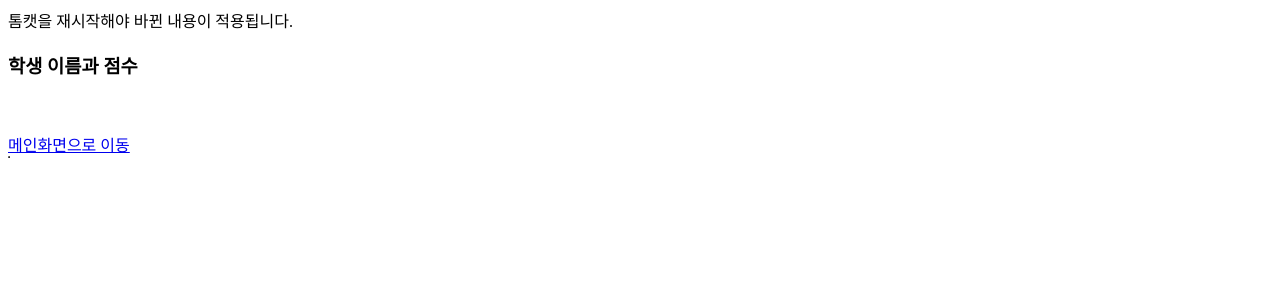
Repository: HeeJaeRA/Yedam
Page: http://localhost/helloWeb/LoginServlet
These files come from the project's save history. The page is drawn as it stood at one moment and after the next save; the edit follows.
The browser window is 1280 px wide. The pictures show the whole page.
The page is served by Tomcat 9.

Above is the page before, as saved 2023-10-24 01:23:39.

### Dev/workspace/helloWeb/src/main/java/org/yedam/LoginServlet.java
package org.yedam;

import java.io.IOException;
import java.io.PrintWriter;
import java.util.HashMap;
import java.util.Map;

import javax.servlet.ServletException;
import javax.servlet.annotation.WebServlet;
import javax.servlet.http.HttpServlet;
import javax.servlet.http.HttpServletRequest;
import javax.servlet.http.HttpServletResponse;

@WebServlet("/LoginServlet")
public class LoginServlet extends HttpServlet {
	private static final long serialVersionUID = 1L;

    public LoginServlet() {
        super();
    }

	protected void doGet(HttpServletRequest request, HttpServletResponse response) throws ServletException, IOException {
		//response.getWriter().append("Served at: ").append(request.getContextPath());
		Map<String, Integer> map = new HashMap<>();
		map.put("홍길동", 90);
		map.put("김길동", 95);
		map.put("박길동", 80);

		response.setCharacterEncoding("UTF-8");
		response.setContentType("text/html charset=UTF-8");
		PrintWriter out = response.getWriter(); // 출력스트림

		out.print("톰캣을 재시작해야 바뀐 내용이 적용됩니다.");

		out.print("<br><h3>학생 이름과 점수</h3>");
		out.print("<table border = '1'><thead><tr>");
		out.print("<br><br><a href = 'index.html'>메인화면으로 이동</a>");
	}

	protected void doPost(HttpServletRequest request, HttpServletResponse response) throws ServletException, IOException {
		doGet(request, response);
	}

}

After the next save:
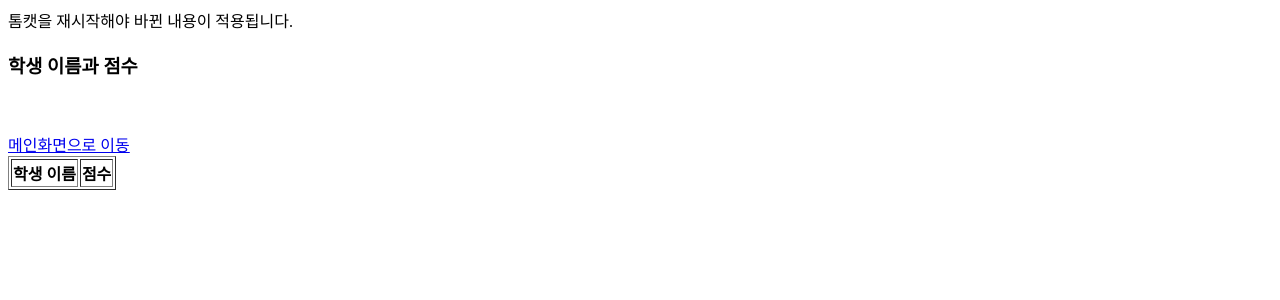
Saved 89 s later.
--- a/Dev/workspace/helloWeb/src/main/java/org/yedam/LoginServlet.java
+++ b/Dev/workspace/helloWeb/src/main/java/org/yedam/LoginServlet.java
@@ -34,6 +34,8 @@
 
 		out.print("<br><h3>학생 이름과 점수</h3>");
 		out.print("<table border = '1'><thead><tr>");
+		out.print("<th>학생 이름</th><th>점수</th></tr></thead>");
+
 		out.print("<br><br><a href = 'index.html'>메인화면으로 이동</a>");
 	}
 

After the 3 saves that followed:
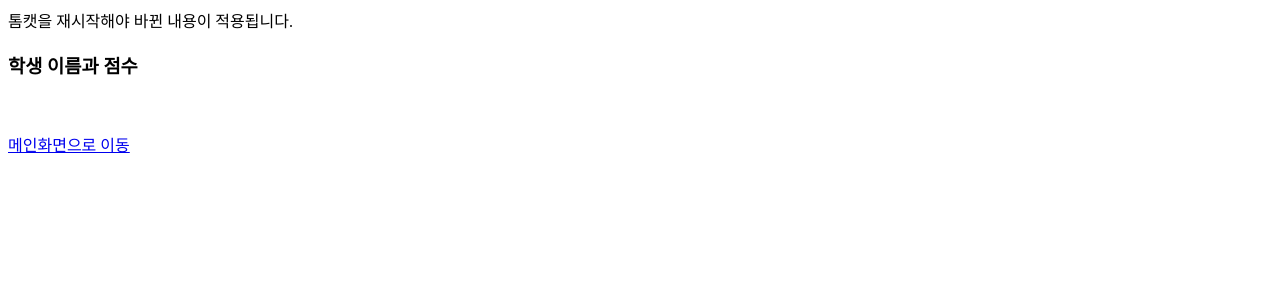
The 3 saves are shown as one change because 2 left the picture as it was.
The last was saved 41 s later.
--- a/Dev/workspace/helloWeb/src/main/java/org/yedam/LoginServlet.java
+++ b/Dev/workspace/helloWeb/src/main/java/org/yedam/LoginServlet.java
@@ -33,8 +33,11 @@
 		out.print("톰캣을 재시작해야 바뀐 내용이 적용됩니다.");
 
 		out.print("<br><h3>학생 이름과 점수</h3>");
-		out.print("<table border = '1'><thead><tr>");
-		out.print("<th>학생 이름</th><th>점수</th></tr></thead>");
+
+		String str = "<table border = '1'><thead><tr>";
+		str += "<br><br><a href = 'index.html'>메인화면으로 이동</a>";
+//		out.print("<table border = '1'><thead><tr>");
+//		out.print("<th>학생 이름</th><th>점수</th></tr></thead>");
 
 		out.print("<br><br><a href = 'index.html'>메인화면으로 이동</a>");
 	}
